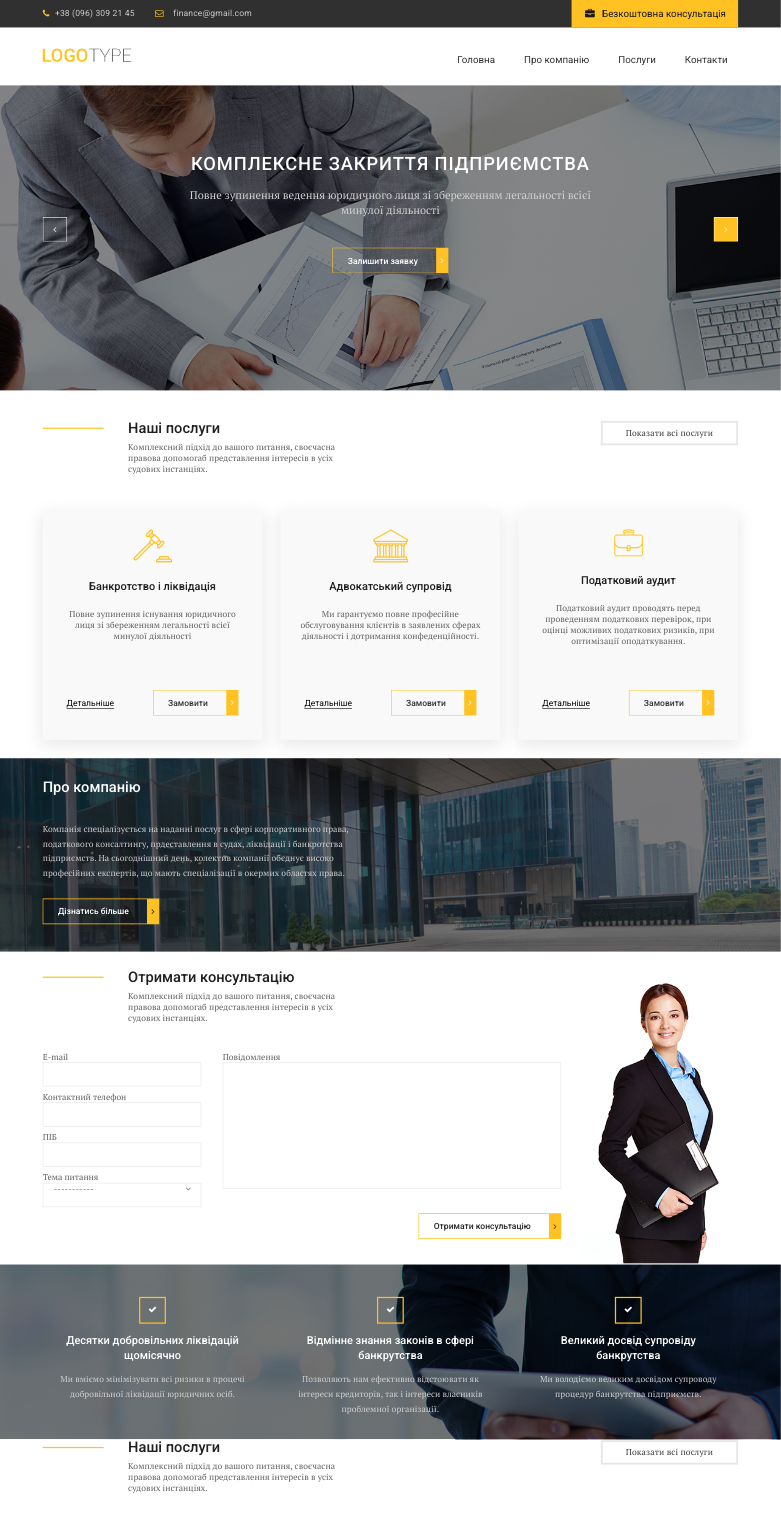
Repository: oliachipko/companysait
Page: index.html
These files come from the project's save history. The page is drawn as it stood at one moment and after the next save; the edit follows.
The browser window is 1280 px wide. The pictures show the whole page, at 61% of full size.

Above is the page before, as saved 2020-11-20 10:44:27.

### index.html
<!DOCTYPE html>
<html lang="en">
  <head>
    <meta charset="UTF-8" />
    <meta name="viewport" content="width=device-width, initial-scale=1.0" />
    <title>Document</title>
    <link rel="preconnect" href="https://fonts.gstatic.com" />
    <link href="https://fonts.googleapis.com/css2?family=PT+Serif:wght@400;700&family=Roboto:wght@400;500;700&display=swap"
      rel="stylesheet"/>
    <link rel="stylesheet" href="css/normalize.css" />
    <link rel="stylesheet" href="css/fonts.css" />
    <link rel="stylesheet" href="css/jquery.fancybox.min.css" />
    <link rel="stylesheet" href="css/slick.css" />
    <link rel="stylesheet" href="css/jquery.formstyler.css">
    <link rel="stylesheet" href="css/style.css" />
  </head>
  <body>
    <header class="header">
      <div class="header__top">
        <div class="container">
          <div class="header__contacts">
            <a class="header__phone" href="tel:380963092145">+38 (096) 309 21 45</a>
            <a class="header__email" href="#">finance@gmail.com</a>
            <a data-fancybox data-src="#modal" href="javascript:;" href="#" class="header__btn">
              Безкоштовна консультація
            </a>
          </div>
        </div>
      </div>
      <div class="header__content">
        <div class="container">
          <div class="header__content-inner">
            <div class="header__logo">
              <a href="#">
                <img src="img/logo.png" alt="" />
              </a>
            </div>
            <nav class="menu">
              <ul>
                <li><a href="#">Головна</a></li>
                <li><a href="#">Про компанію</a></li>
                <li><a href="#">Послуги</a></li>
                <li><a href="#">Контакти</a></li>
              </ul>
            </nav>
          </div>
        </div>
      </div>
    </header>
    <section class="slider">
      <div class="container">
        <div class="slider__inner">
          <div class="slider__item">
            <div class="slider__item-content">
              <div class="slider__title">КОМПЛЕКСНЕ ЗАКРИТТЯ ПІДПРИЄМСТВА</div>
              <div class="slider__text">
                Повне зупинення ведення юридичного лиця зі збереженням
                легальності всієї минулої діяльності
              </div>
              <a data-fancybox data-src="#modal" href="javascript:;" class="slider__btn default-btn">
                Залишити заявку
              </a>
            </div>
          </div>

          <div class="slider__item">
            <div class="slider__item-content">
              <div class="slider__title">КОМПЛЕКСНЕ ЗАКРИТТЯ ПІДПРИЄМСТВА</div>
              <div class="slider__text">
                Повне зупинення ведення юридичного лиця зі збереженням
                легальності всієї минулої діяльності
              </div>
              <a data-fancybox data-src="#modal" href="javascript:;" class="slider__btn default-btn">
                Залишити заявку
              </a>
            </div>
          </div>

          <div class="slider__item">
            <div class="slider__item-content">
              <div class="slider__title">КОМПЛЕКСНЕ ЗАКРИТТЯ ПІДПРИЄМСТВА</div>
              <div class="slider__text">
                Повне зупинення ведення юридичного лиця зі збереженням
                легальності всієї минулої діяльності
              </div>
              <a data-fancybox data-src="#modal" href="javascript:;"class="slider__btn default-btn">
                Залишити заявку
              </a>
            </div>
          </div>
        </div>
      </div>
    </section>
    <section class="services">
      <div class="container">
        <div class="services__top">
          <div class="services__title-box">
            <div class="services__title">Наші послуги</div>
            <div class="services__text">
              Комплексний підхід до вашого питання, своєчасна правова допомогаб
              представлення інтересів в усіх судових інстанціях.
            </div>
          </div>
          <div class="services__btn">
          <a href="" class="services__btn"> Показати всі послуги </a>
        </div>
      </div>
      <div class="services__items">
        <div class="services__item">
          <img src="img/about-1.png" alt="">
          <div class="services__item-title">
            Банкротство і ліквідація
          </div>
          <div class="services__item-text">
            Повне зупинення існування юридичного лиця зі збереженням легальності всієї
            минулої діяльності
          </div>
          <div class="services__item-btn">
            <a class="services__item-link" href="#">Детальніше</a>
            <a data-fancybox data-src="#modal" href="javascript:;" class="default-btn">
                Замовити
            </a>
          </div>
        </div>

        <div class="services__item">
          <img src="img/about-2.png" alt="">
          <div class="services__item-title">
            Адвокатський супровід
          </div>
          <div class="services__item-text">
            Ми гарантуємо повне професійне обслуговування клієнтів в заявлених сферах
            діяльності і дотримання конфеденційності.
          </div>
          <div class="services__item-btn">
            <a class="services__item-link" href="#">Детальніше</a>
            <a data-fancybox data-src="#modal" href="javascript:;" class="default-btn">
                Замовити
            </a>
          </div>
        </div>

        <div class="services__item">
          <img src="img/about-3.png" alt="">
          <div class="services__item-title">
            Податковий аудит
          </div>
          <div class="services__item-text">
            Податковий аудит проводять перед проведенням податкових перевірок, при оцінці можливих
            податкових ризиків, при оптимізації оподаткування.
          </div>
          <div class="services__item-btn">
            <a class="services__item-link" href="#">Детальніше</a>
            <a data-fancybox data-src="#modal" href="javascript:;" class="default-btn">
                Замовити
            </a>
          </div>
        </div>
      </div>
    </section>
    <section class="about">
      <div class="container">
        <div class="about__inner">
        <div class="about__title">
          Про компанію
        </div>
        <div class="about__text">
          Компанія спеціалізується на наданні послуг в сфері корпоративного права, податкового
          консалтингу, прдеставлення в судах, ліквідації і банкротства підприємств. На
          сьогоднішний день, колектив компанії обєднує
          високо професійних експертів, що мають
          спеціалізації в окермих областях права.

        </div>
        <a  href="#" class="about__btn default-btn">
          Дізнатись більше
      </a>

      </div>
    </div>
    </section>
    <section class="form">
     <div class="container">
       <div class="form__inner">
         <div class="form__content">
          <div class="form__title-box">
            <div class="form__title">
              Отримати консультацію
            </div>
            <div class="form__text">
              Комплексний підхід до вашого питання, своєчасна правова допомогаб
              представлення інтересів в усіх судових інстанціях.
            </div>
          </div>
          <div class="form__box">
            <form>
              <div class="form__box-inner">
                <div class="form__box-left">
                  <label>
                  E-mail
                    <input type="text">
                  </label>
                  <label>
                  Контактний телефон
                    <input type="text">
                  </label>
                  <label>
                  ПІБ
                    <input type="text">
                  </label>
                  <label>
                    Тема питання
                    <select>
                      <option>-----------</option>
                      <option>-----------</option>
                      <option>-----------</option>
                      <option>-----------</option>
                    </select>
                  </label>

                </div>
                <div class="form__box-right">
                  <label>
                    Повідомлення
                    <textarea></textarea>
                  </label>
                  <button class="default-btn" type="submit">Отримати консультацію</button>
                </div>
              </div>
            </form>
          </div>

         </div>
       </div>
     </div>
    </section>
    <section class="advantages">
      <div class="container">
        <div class="advantages__inner">
          <div class="advantages-item">
            <div class="advantages__title">
              Десятки добровільних ліквідацій щомісячно

            </div>
            <div class="advantages__text">
              Ми вміємо мінімізувати всі ризики в процечі
              добровільної ліквідації юридичних осіб.
            </div>
          </div>
          <div class="advantages-item">
             <div class="advantages__title">
            Відмінне знання законів в сфері банкрутства
            </div>
          <div class="advantages__text">
            Позволяють нам ефективно відстоювати як інтереси кредиторів,
            так і інтереси власників проблемної організації.
          </div>
        </div>
        <div class="advantages-item">
          <div class="advantages__title">
          Великий досвід супровіду банкрутства
        </div>
        <div class="advantages__text">
          Ми володіємо великим досвідом супроводу процедур
          банкрутства підприємств.
        </div>
      </div>
    </div>
    </div>
    </section>
    <section class="news">
      <div class="container">
        <div class="services__top">
          <div class="services__title-box">
            <div class="services__title">Наші послуги</div>
            <div class="services__text">
              Комплексний підхід до вашого питання, своєчасна правова допомогаб
              представлення інтересів в усіх судових інстанціях.
            </div>
          </div>
          <div class="services__btn">
          <a href="" class="services__btn"> Показати всі послуги </a>
        </div>
      </div>

      </div>
    </section>




    <div id="modal">
      <h2>Hello!</h2>
      <p>You are awesome!</p>
    </div>

    <script src="https://ajax.googleapis.com/ajax/libs/jquery/3.5.1/jquery.min.js"></script>
    <script src="js/jquery.fancybox.min.js"></script>
    <script src="js/slick.min.js"></script>
    <script src="js/jquery.formstyler.min.js"></script>
    <script src="js/main.js"></script>
  </body>
</html>

### css/fonts.css
@font-face {
  font-family: 'icomoon';
  src:  url('../fonts/icomoon.eot?nqt5zc');
  src:  url('../fonts/icomoon.eot?nqt5zc#iefix') format('embedded-opentype'),
    url('../fonts/icomoon.ttf?nqt5zc') format('truetype'),
    url('../fonts/icomoon.woff?nqt5zc') format('woff'),
    url('../fonts/icomoon.svg?nqt5zc#icomoon') format('svg');
  font-weight: normal;
  font-style: normal;
  font-display: block;
}

[class^="icon-"], [class*=" icon-"] {
  /* use !important to prevent issues with browser extensions that change fonts */
  font-family: 'icomoon' !important;
  speak: never;
  font-style: normal;
  font-weight: normal;
  font-variant: normal;
  text-transform: none;
  line-height: 1;

  /* Better Font Rendering =========== */
  -webkit-font-smoothing: antialiased;
  -moz-osx-font-smoothing: grayscale;
}

.icon-envelope-o:before {
  content: "\f003";
}
.icon-check:before {
  content: "\f00c";
}
.icon-map-marker:before {
  content: "\f041";
}
.icon-phone:before {
  content: "\f095";
}
.icon-briefcase:before {
  content: "\f0b1";
}
.icon-bars:before {
  content: "\f0c9";
}
.icon-navicon:before {
  content: "\f0c9";
}
.icon-reorder:before {
  content: "\f0c9";
}
.icon-angle-left:before {
  content: "\f104";
}
.icon-angle-right:before {
  content: "\f105";
}
.icon-quote-left:before {
  content: "\f10d";
}
.icon-quote-right:before {
  content: "\f10e";
}
.icon-ellipsis-v:before {
  content: "\f142";
}

### css/style.css
* {
    box-sizing: border-box;
}

a{
    text-decoration: none;
    display: inline-block;
}

ul,
li{
    list-style: none;
    margin: 0;
    padding: 0;
}
.container{
    max-width: 1170px;
    margin: 0 auto;
    padding: 0 15px;
}

body{
    font-family: 'PT Serif', serif;
    /*font-family: 'Roboto', sans-serif;*/
    font-weight: 400px;
    font-size: 14px;
    line-height: 18px;
    color: #5e5e5e;

}
header {
    font-family: 'Roboto', sans-serif;
}
.header__top{
   background-color: #303030;
}
.header__btn {
    float: right;
    line-height: 36px;
    color: #1b1b1b;
    background-color: #ffc222;
    padding: 5px 20px 4px 50px;
    font-size: 16px;
    position: relative;
}
.header__btn:before {
    content: "\f0b1";
    font-family: 'icomoon';
    position: absolute;
    left: 22px;
    color: #1b1b1b;
}
.header__contacts:after {
    content: "";
    clear: both;
    display: block;
}
.header__phone,
.header__email {
    color:#cbcacb;
    letter-spacing: 0.25px;
    line-height: 45px;
    position: relative;
}
.header__phone {
    padding-left: 20px;
    padding-right: 30px;
}
.header__phone:before {
    content: "\f095";
    font-family: 'icomoon';
    position: absolute;
    left: 0;
    color: #ffc222;
}
.header__email{
    padding-left: 30px;
}
.header__email:before {
    content: "\f003";
    font-family: 'icomoon';
    position: absolute;
    left: 0;
    color: #ffc222;
}
.header__content {
    padding: 34px 0px 23px;
}
.header__content-inner{
    display: flex;
    justify-content: space-between;
}
.menu li {
    display: inline-block;
}
.menu a{
    color: #323232;
    font-size: 16px;
    line-height: 36px;
    border: 1px solid transparent;
    padding: 0px 16px;
    transition: all .3s;
}
.menu a:hover {
    border-color: #ffc222;
}
.menu li + li{
    padding-left: 10px;
}
#modal {
    display: none;
}
.slider{
    background-image: url(../img/slider-fon.jpg);
    background-repeat: no-repeat;
    background-size: cover;
    background-position: center;
    min-height: 500px;
}
.slider__item-content{
    text-align: center;
    padding-top: 110px;
    max-width: 665px;
    margin: 0 auto;
}
.slider__title{
    text-transform: uppercase;
    font-size: 30px;
    line-height: 36px;
    color: white;
    font-weight: 500;
    letter-spacing: 1.5px;
    margin-bottom: 22px;
    font-family: 'Roboto', sans-serif;
}
.slider__text{
    line-height: 24px;
    font-size: 18px;
    color: #d3d2d2;
    margin-bottom: 50px;
}

.default-btn {
    display: inline-block;
    color: white;
    font-size: 14px;
    line-height: 24px;
    font-weight: 500;
    font-family: 'Roboto', sans-serif;
    padding: 8px 30px 8px 24px;
    border: 1px solid #ffc222;
    border-right-width: 20px;
    position: relative;
    z-index: 2;
    outline: none;
}
.default-btn:after {
    content: "\f105";
    font-family: 'icomoon';
    position: absolute;
    top: 50%;
    transform: translateY(-50%);
    right: -12px;
}


.slider__inner {
    position: relative;
}
.slick-btn {
    position: absolute;
    top: 70%;
    z-index: 3;
    width: 40px;
    height: 40px;
    border: 1px solid white;
    cursor: pointer;
    outline: none;
    background-color: #ffc222;
}
.slick-btn.slick-disabled {
    cursor: default;
    background-color: transparent;

}
.slick-btn:before{
    position: absolute;
    top: 50%;
    left: 50%;
    transform: translate(-50%, -50%);
    font-family: 'icomoon';
    color: white;

}
.slick-next:before{
    content: "\f105";
}
.slick-prev:before {
    content: "\f104";
}
.slick-next{
    right: 0;
}
.slick-prev{
    left: 0;
}
.services {
    padding: 50px 0px 30px;
}
.services__top{
    display: flex;
    justify-content: space-between;
    margin-bottom: 60px;
}
.services__title-box,
.form__title-box{
    max-width: 520px;
    padding-left: 140px;
    position: relative;
}
.services__title-box:before,
.form__title-box:before {
    content: "";
    position: absolute;
    width: 100px;
    height: 2px;
    background-color: #ffc222;
    left: 0;
    top: 11px;
}
.services__title,
.form__title{
    font-size: 24px;
    font-weight: 500;
    line-height: 24px;
    color: #212020;
    font-family: 'Roboto', sans-serif;
    margin-bottom: 10px;
}
.services__text,
.form__text{
    letter-spacing: 0.1px;
}
.services__btn a{
    color: #373636;
    line-height: 24px;
    letter-spacing: 0.25px;
    padding: 5px 38px;
    border: 3px solid #e6e6e6;
}
.services__items {
    display: flex;
    justify-content: space-between ;
}
.services__item {
    max-width: 360px;
    text-align: center;
    padding: 30px 0px 80px;
    position: relative;
    min-height: 375px;
    background-color: #f9f9f9;
    box-shadow: 0px 7px 24.3px 2.7px rgba(91, 89, 89, 0.14);
}
.services__item-title{
    color: #212020;
    font-size: 18px;
    line-height: 24px;
    font-weight: 500;
    font-family: 'Roboto', sans-serif;
    padding: 24px 0;
}
.services__item-text{
    letter-spacing: 0.1px;
    padding: 0px 30px 30px;
}
.services__item-btn {
    position: absolute;
    bottom: 40px;
    left: 0;
    right: 0;
}
.services__item-btn .default-btn {
    color: #373636;

}
.services__item-btn .default-btn:after {
    color: #ffffff;
}
.services__item-link{
    color: #050505;
    font-family: 'Roboto', sans-serif;
    border-bottom: 1px solid #050505 ;
    margin-right: 60px;
}
.about {
    background-image: url(../img/about-fon.jpg);
    background-size: cover;
    background-position: center;
    min-height: 300px;
    background-repeat: no-repeat;
    padding: 25px 0px 45px;

}
.about__inner{
    max-width: 545px;
}
.about__title{
    padding: 10px 0px 25px;
    margin-bottom: 20px;
    font-size: 24px;
    line-height: 24px;
    color: #fff;
    font-weight: 500;
    font-family: 'Roboto', sans-serif;
}
.about__text {
    margin-bottom: 30px;
    letter-spacing: 0.1px;
    line-height: 24px;
    color: #d3d2d2;
}
.about__btn.default-btn:after {
    color: #000;
}
.form {
    padding-top: 30px;
}
.form__inner {
    padding-bottom: 40px;
    background-image: url(../img/form-fon.png);
    min-height: 460px;
    background-repeat: no-repeat;
    background-position: bottom right;
}
.form__box{
    max-width: 850px;
    padding-top: 45px;
}
.form__box-inner {
    display: flex;
    justify-content: space-between;
}
.form__box-left{
    max-width: 260px;
    width: 100%;

}
.form__box-right{
    max-width: 555px;
    width: 100%;
}
.form__box-inner label,
.form__box-inner input,
.form__box-inner textarea{
    display: block;
    width: 100%;
}
.form__box-iiner label{
    line-height: 36px;
    color: #282828;
    font-family: 'Roboto', sans-serif;
}
.form__box-inner input{
    margin-bottom: 8px;
    outline: none;
    height: 40px;
    border: 1px solid #e6e6e6;
}
.form__box-inner select{
    outline: none;
    padding-left: 17px;
}
.form__box-inner .jq-selectbox.jqselect{
    display: block;
    width: 100%;
}
.form__box-inner .jq-selectbox__select{
    height: 40px;
    border: 1px solid #e6e6e6;
    padding-left: 17px;
}
.form__box-inner .jq-selectbox__trigger-arrow:before{
    content: "\f105";
    font-family: 'icomoon';
    position: absolute;
    right: 17px;
    top: 0;
    transform: rotate(90deg);
}
.form__box-inner .jq-selectbox__dropdown {
	width: 100%;
	margin: 2px 0 0;
	padding: 0;
	border: 1px solid #e6e6e6;
	background: #FFF;
	box-shadow: 0 2px 10px rgba(0,0,0,.2);
}
.form__box-inner .jq-selectbox li {
	min-height: 18px;
	padding: 5px 17px 6px;
	color: #231F20;
}
.form__box-inner .jq-selectbox li.selected {
	background-color: #A3ABB1;
	color: #FFF;
}
.form__box-inner .jq-selectbox li:hover {
	background-color: #08C;
	color: #FFF;
}
.form__box-inner .jq-selectbox li.disabled {
	color: #AAA;
}
.form__box-inner .jq-selectbox li.disabled:hover {
	background: none;
}
.form__box-inner .jq-selectbox li.optgroup {
	font-weight: bold;
}
.form__box-inner .jq-selectbox li.optgroup:hover {
	background: none;
	color: #231F20;
	cursor: default;
}
.form__box-inner .jq-selectbox li.option {
	padding-left: 25px;
}
.form__box-inner textarea{
    outline: none;
    border: 1px solid #e6e6e6;
    padding: 10px;
    height: 208px;
    resize: none;
    margin-bottom: 40px;
}
.form__box-inner button{
    background-color: transparent;
    color: #282828;
    float: right;
}
.advantages{
    padding: 55px 0px 40px;
    background-image: url(../img/adv-fon.jpg);
    background-repeat: no-repeat;
    background-position: center;
    min-height: 285px;
    block-size: cover;
}
.advantages__inner{
    color: #fff;
    text-align: center;
    display: flex;
    justify-content: space-between;
}
.advantages-item{
    max-width: 360px;
    padding: 0px 20px;
}
.advantages__title{
    font-family: 'Roboto', sans-serif;
    font-size: 18px;
    line-height: 24px;
    font-weight: 500;
    padding: 60px 0px 15px;
    position: relative;
}
.advantages__title:before {
    content: "";
    position: absolute;
    width: 40px;
    height: 40px;
    border: 2px solid #ffc222;
    top: 0;
    left: 50%;
    transform: translateX(-50%);
}
.advantages__title:after{
    font-family: 'icomoon';
    content: "\f00c";
    font-size: 14px;
    position: absolute;
    top: 9px;
    left: 50%;
    transform: translateX(-50%);
}
.advantages__text{
    line-height: 24px;
    color: #d3d2d2;
    letter-spacing: 0.1px;
}

### js/main.js
$(function(){

$('.slider__inner').slick({
    nextArrow: '<button type="button" class="slick-btn slick-next"></button>',
    prevArrow: '<button type="button" class="slick-btn slick-prev"></button>',
    infinite: false

});
    $('select').styler();

});

Loaded but not shown: css/normalize.css (library); css/jquery.fancybox.min.css (library); css/slick.css (common file); css/jquery.formstyler.css (common file); js/jquery.fancybox.min.js (library); js/slick.min.js (library); js/jquery.formstyler.min.js (library)

After the next save:
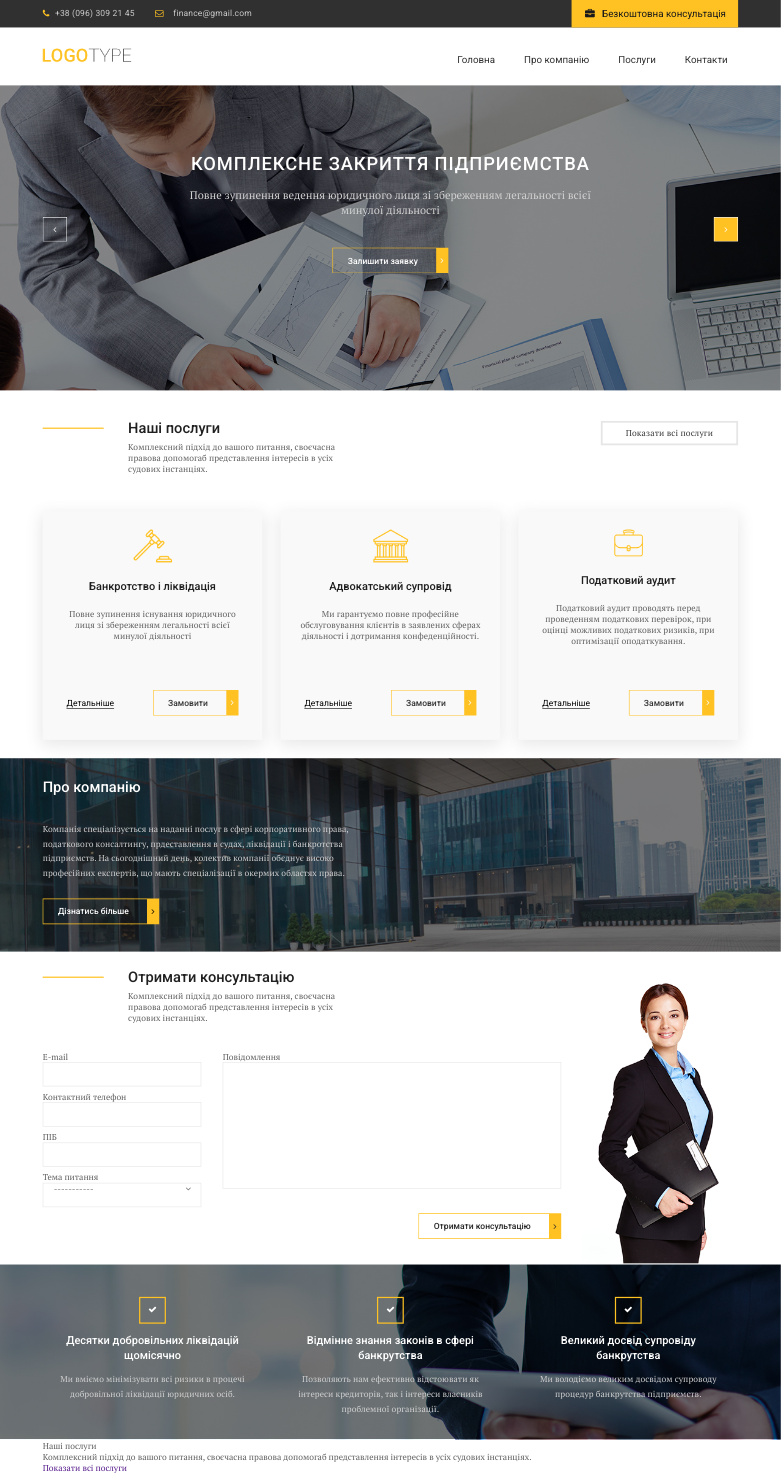
Saved 39 s later.
--- a/index.html
+++ b/index.html
@@ -270,16 +270,16 @@
     </section>
     <section class="news">
       <div class="container">
-        <div class="services__top">
-          <div class="services__title-box">
-            <div class="services__title">Наші послуги</div>
-            <div class="services__text">
+        <div class="news__top">
+          <div class="news__title-box">
+            <div class="news__title">Наші послуги</div>
+            <div class="news__text">
               Комплексний підхід до вашого питання, своєчасна правова допомогаб
               представлення інтересів в усіх судових інстанціях.
             </div>
           </div>
-          <div class="services__btn">
-          <a href="" class="services__btn"> Показати всі послуги </a>
+          <div class="news__btn">
+          <a href="" class="news__btn"> Показати всі послуги </a>
         </div>
       </div>
 
